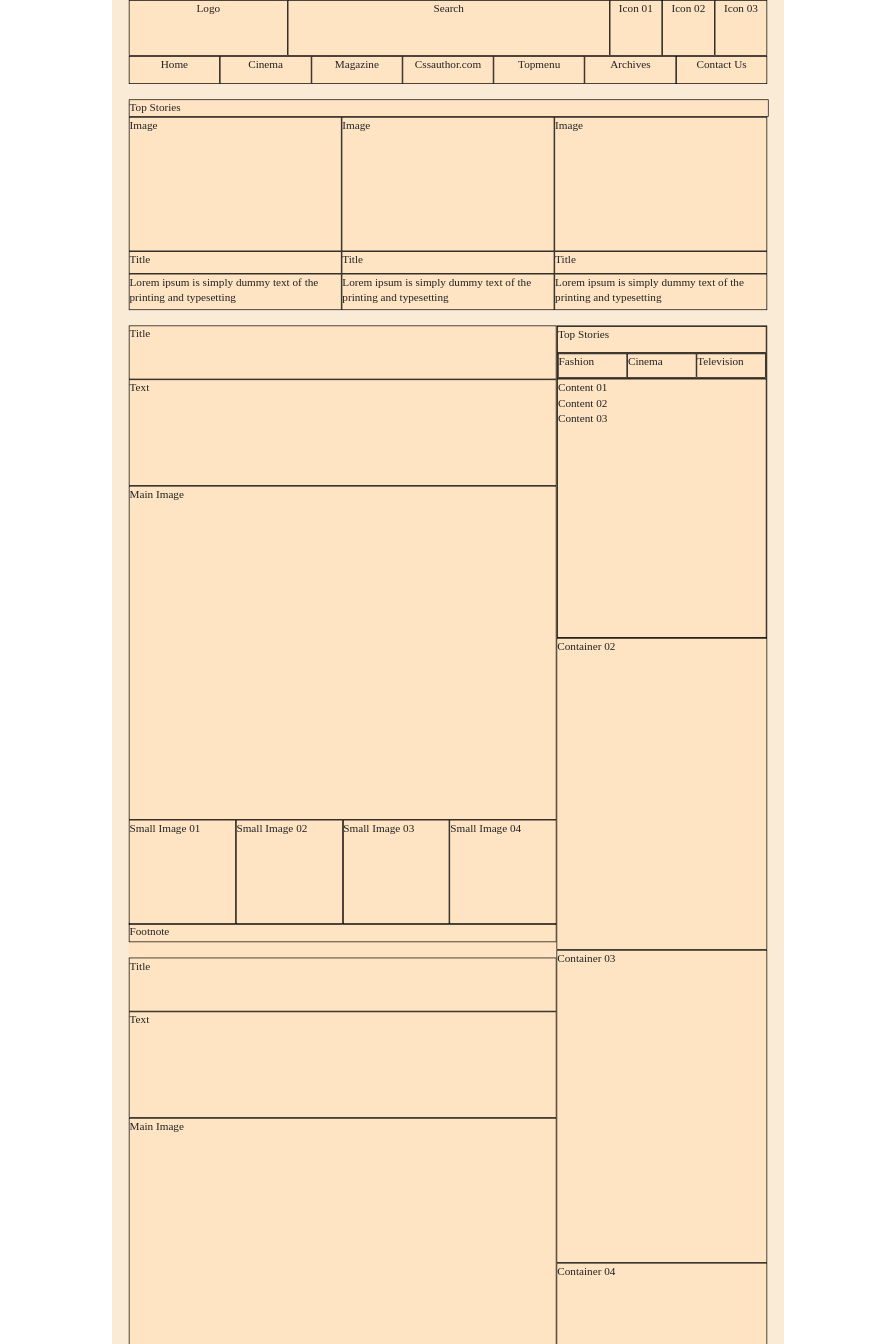
Repository: giovanabirck/cover-magazine-giovanabirck
Page: index.html
An editor plug-in stored every save of this project. The page is shown before and after the next save, followed by the edit.
The browser window is 1280 px wide. The pictures show the part of the page from y = 0 to 1920 px (the page is 5000 px tall), at 70% of full size.

Above is the page before, as saved 2023-01-14 12:06:11.

After the next save:
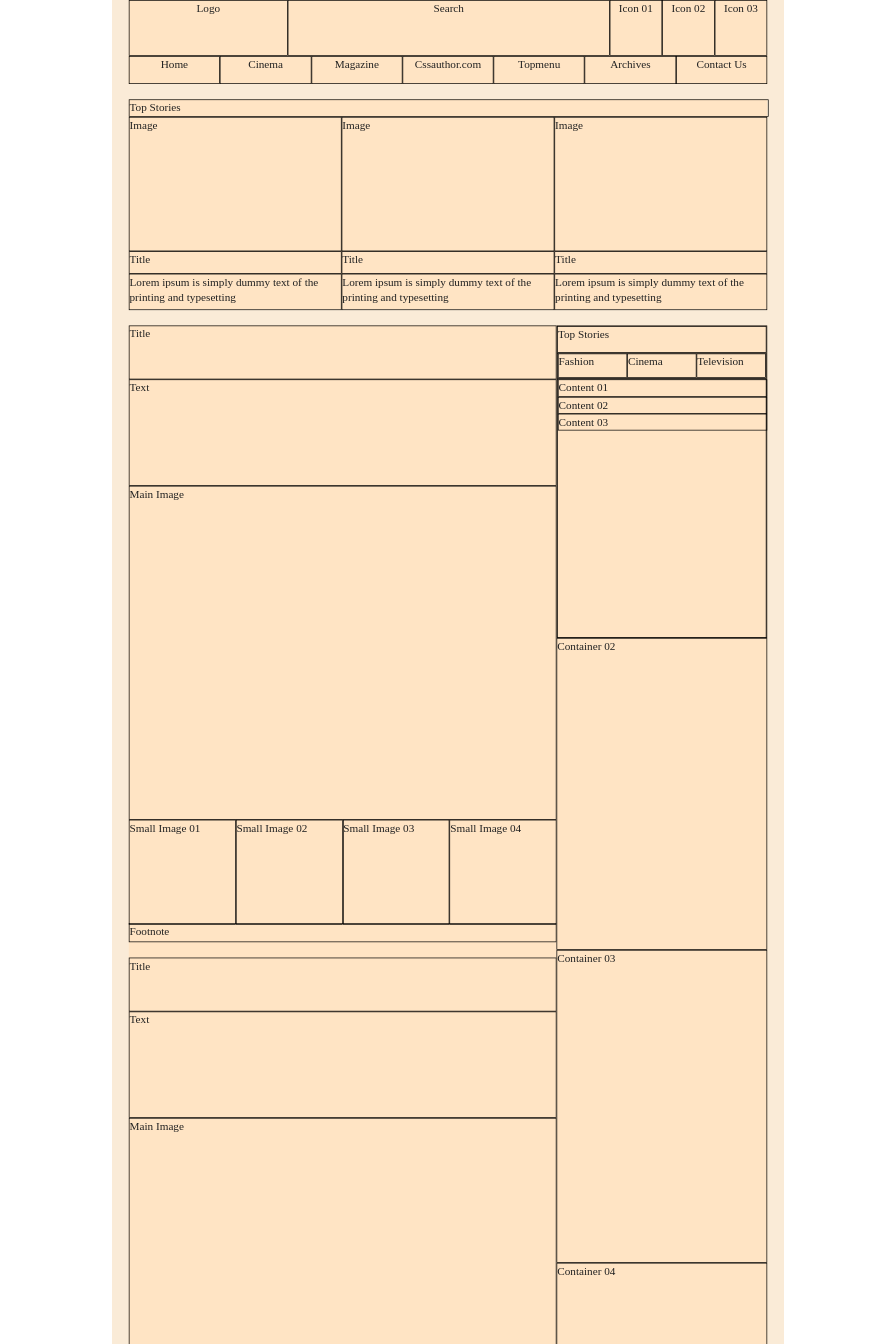
Saved 6 s later.
--- a/css/main.css
+++ b/css/main.css
@@ -459,5 +459,6 @@ textarea {
 }
 
 .main-side-container01-content-un{
-
-}
+  border: solid 1px black;
+  width: 100%;
+}
